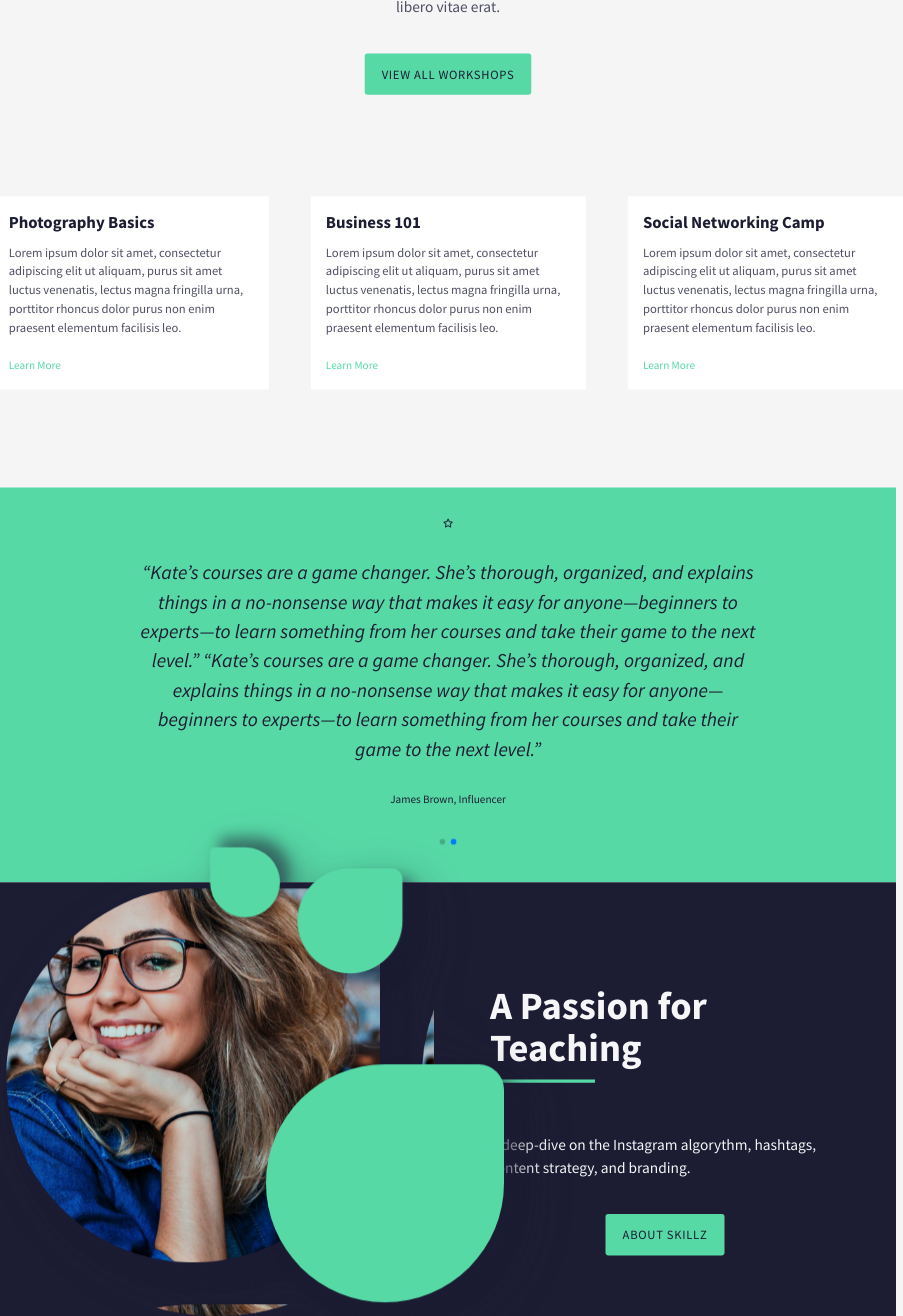
Repository: saidabbasun/skillz
Page: /
An editor plug-in stored every save of this project. The page is shown before and after a run of saves, followed by the edit.
The browser window is 1280 px wide. The page is 1290 px wide, so the pictures cover 1290 px, including what lies to the right of the window. The pictures show the part of the page from y = 3269 to 5149 px (the page is 5149 px tall), at 70% of full size.
The project was rebuilt for these pictures with package versions that can differ from the ones it lists, and the page was loaded fresh each time.

Above is the page before, as saved 2022-06-13 18:57:15.

After the next 3 saves:
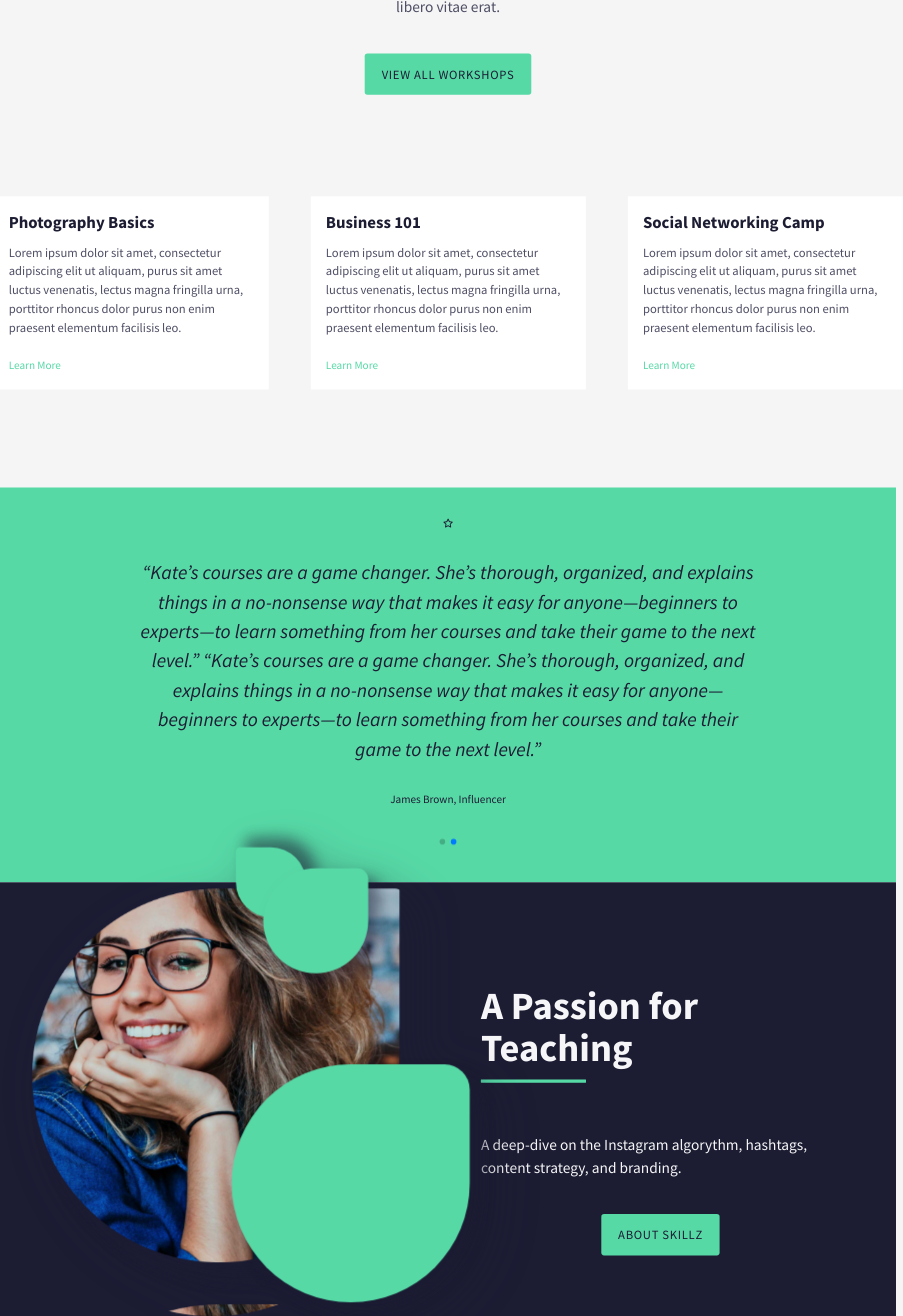
The 3 saves are shown as one change because they came seconds apart.
The last was saved 7 min 55 s later.
--- a/src/styles/About.scss
+++ b/src/styles/About.scss
@@ -3,7 +3,7 @@
 
 .About{
     .bgRectangle{
-        width:calc(#{$rastangle_size} * 6.2);
+        width:calc(#{$rastangle_size} * 5.34);
         height: calc(#{$rastangle_size}  * 6.2);
         background-image: url(../assets/images/About.png);
         border-radius: 999px 32px 999px 999px;
